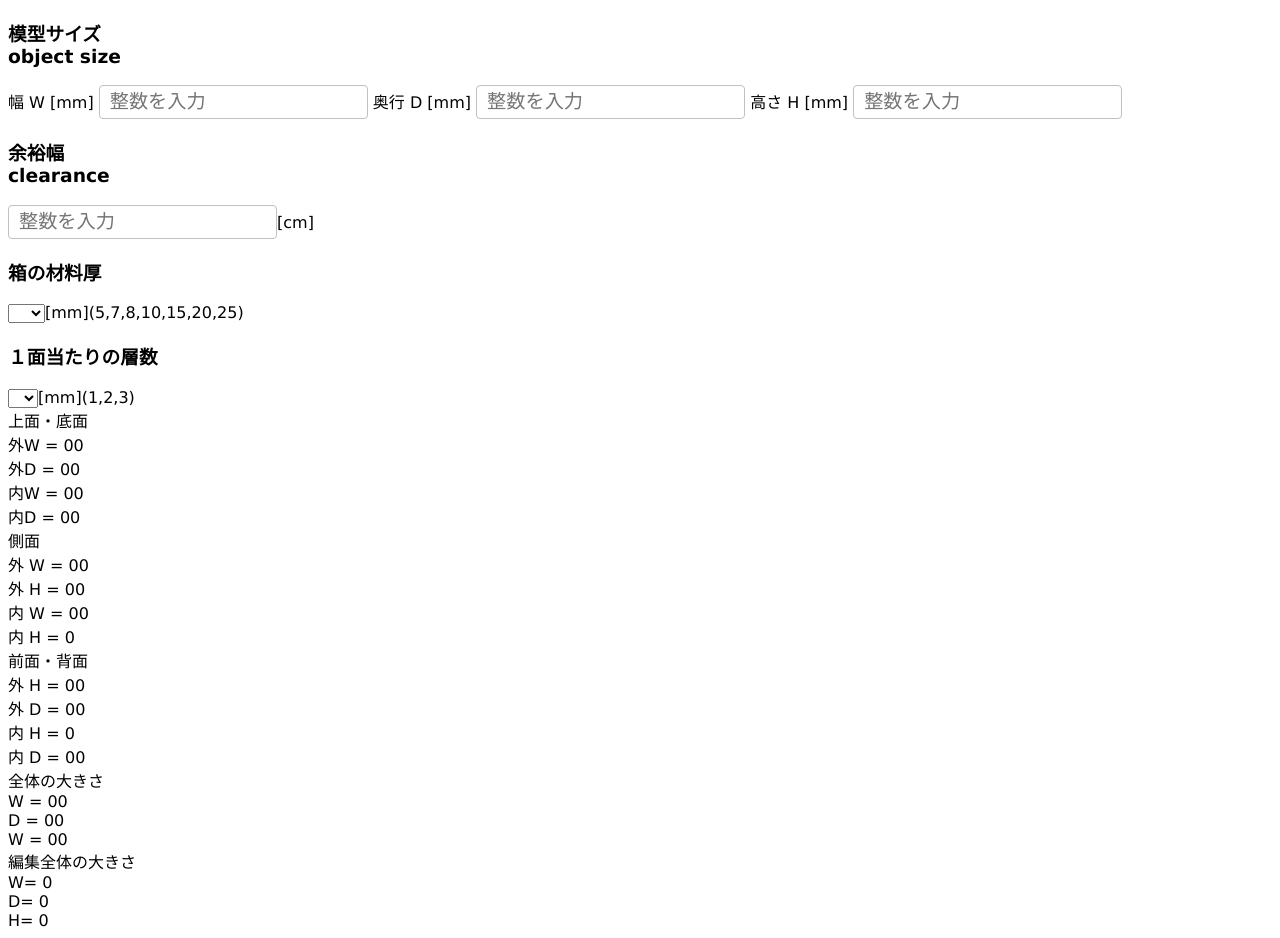
Repository: kiyo6318/project00
Page: index.html
An editor plug-in stored every save of this project. The page is shown before and after the next save, followed by the edit.
The browser window is 1280 px wide. The pictures show the whole page.

Above is the page before, as saved 2020-08-23 20:07:46.

### index.html
<!DOCTYPE html>
<html lang="ja">
  <head>
    <meta charset="UTF-8" />
    <meta name="viewport" content="width=device-width, initial-scale=1.0" />
    <title>project00</title>
    <script src="https://cdn.jsdelivr.net/npm/vue/dist/vue.js"></script>
    <script src="https://cdn.jsdelivr.net/npm/vee-validate@latest/dist/vee-validate.js"></script>
    <script src="https://unpkg.com/vee-validate@latest"></script>
    <link rel="stylesheet" href="css/style.css" />
  </head>
  <body>
    <div id="app">
      <form>
        <h3>模型サイズ<br />object size</h3>
        <span>幅 W [mm]</span>
        <input
          v-model.number="width"
          type="number"
          placeholder="整数を入力"
          min="0"
        />
        <span>奥行 D [mm]</span>
        <input
          v-model.number="depth"
          type="number"
          placeholder="整数を入力"
          min="0"
        />
        <span>高さ H [mm]</span>
        <input
          v-model.number="height"
          type="number"
          placeholder="整数を入力"
          min="0"
        />
        <h3>余裕幅<br />clearance</h3>
        <input
          v-model.number="clearance"
          type="number"
          placeholder="整数を入力"
          step="0.5"
          min="0"
        />[cm]
        <h3>箱の材料厚</h3>
        <select v-model.number="materialThickness">
          <option value="5">5</option>
          <option value="7">7</option>
          <option value="8">8</option>
          <option value="10">10</option>
          <option value="15">15</option>
          <option value="20">20</option>
          <option value="25">25</option> </select
        >[mm](5,7,8,10,15,20,25)
        <h3>１面当たりの層数</h3>
        <select v-model.number="numberOfLayerBySurface">
          <option value="1">1</option>
          <option value="2">2</option>
          <option value="3">3</option> </select
        >[mm](1,2,3)
        <div>
          上面・底面
          <br />外W = {{ topBottomOutWidth }} <br />外D = {{ topBottomOutDepth
          }} <br />内W = {{ topBottomInWidth }} <br />内D = {{ topBottomInDepth
          }}
        </div>
        <div>
          側面
          <br />外 W = {{ sideOutWidth }} <br />外 H = {{ sideOutHeight }}
          <br />内 W = {{ sideInWidth }} <br />内 H = {{ sideInHeight }}
        </div>
        <div>
          前面・背面
          <br />外 H = {{ frontBackOutHeight }} <br />外 D = {{
          frontBackOutDepth }} <br />内 H = {{ frontBackInHeight }} <br />内 D =
          {{ frontBackInDepth }}
        </div>
        <div>
          全体の大きさ
          <br />W = {{widthOverallSize}} <br />D = {{depthOverallSize}} <br />W
          = {{heightOverallSize}}
        </div>
        <div>
          編集全体の大きさ
          <br />W= {{editedWidthOverallSize}} <br />D=
          {{editedDepthOverallSize}} <br />H= {{editedHeightOverallSize}}
        </div>
        <div></div>
      </form>
    </div>
    <script src="js/index.js"></script>
  </body>
</html>

### css/style.css
body {
    font-family: Verdana, Geneva, "sans-serif";
}

input {
    border: 1px solid silver;
    border-radius: 4px;
    background: white;
    padding: 5px 10px;
    font-size: 1.2em;
}

### js/index.js
new Vue({
  el: "#app",
  data: {
    width: "",
    height: "",
    depth: "",
    clearance: "",
    materialThickness: "",
    numberOfLayerBySurface: "",
  },
  computed: {
    topBottomOutWidth: function () {
      return this.width + this.clearance * 2 * 10 + this.materialThickness * 4;
    },
    topBottomOutDepth: function () {
      return this.depth + this.clearance * 2 * 10 + this.materialThickness * 4;
    },
    topBottomInWidth: function () {
      return this.width + this.clearance * 2 * 10 + this.materialThickness * 2;
    },
    topBottomInDepth: function () {
      return this.depth + this.clearance * 2 * 10 + this.materialThickness * 2;
    },
    sideOutWidth: function () {
      return this.width + this.clearance * 2 * 10 + this.materialThickness * 4;
    },
    sideOutHeight: function () {
      return this.height + this.clearance * 10 + this.materialThickness * 2;
    },
    sideInWidth: function () {
      return this.width + this.clearance * 2 * 10 + this.materialThickness * 2;
    },
    sideInHeight: function () {
      return this.height + this.clearance * 10;
    },
    frontBackOutHeight: function () {
      return this.height + this.clearance * 10 + this.materialThickness * 2;
    },
    frontBackOutDepth: function () {
      return this.depth + this.clearance * 2 * 10 + this.materialThickness * 2;
    },
    frontBackInHeight: function () {
      return this.height + this.clearance * 10;
    },
    frontBackInDepth: function () {
      return this.depth + this.clearance * 10 + this.materialThickness * 2;
    },
    widthOverallSize: function () {
      return (
        this.width +
        this.clearance * 10 * 2 +
        this.materialThickness * this.numberOfLayerBySurface * 2
      );
    },
    depthOverallSize: function () {
      return (
        this.depth +
        this.clearance * 10 * 2 +
        this.materialThickness * this.numberOfLayerBySurface * 2
      );
    },
    heightOverallSize: function () {
      return (
        this.height +
        this.clearance * 10 +
        this.materialThickness * this.numberOfLayerBySurface * 2
      );
    },
    editedWidthOverallSize: function () {
      return this.edit(this.widthOverallSize);
    },
    editedDepthOverallSize: function () {
      return this.edit(this.depthOverallSize);
    },
    editedHeightOverallSize: function () {
      return this.edit(this.heightOverallSize);
    },
  },
  methods: {
    edit: function (number) {
      numStr = number + "";
      onesPlace = parseFloat(numStr.slice(-1));
      if (onesPlace <= 3) {
        return Math.floor(number / 10) * 10;
      } else if (onesPlace >= 4 && onesPlace <= 6) {
        return numStr.slice(0, -1) + "5";
      } else if (onesPlace >= 7 && onesPlace <= 9) {
        return Math.floor(number / 10) * 10 + 10;
      }
    },
  },
});

After the next save:
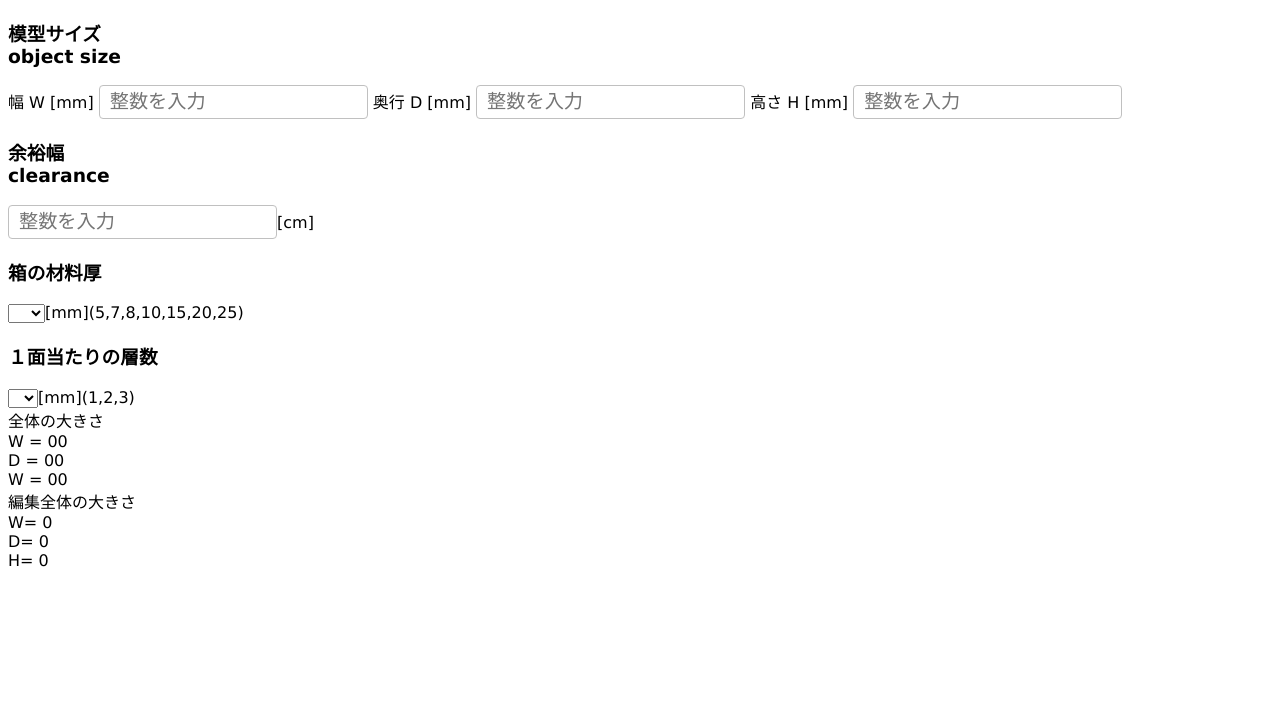
Saved 74 s later.
--- a/index.html
+++ b/index.html
@@ -58,7 +58,7 @@
           <option value="2">2</option>
           <option value="3">3</option> </select
         >[mm](1,2,3)
-        <div>
+        <!-- <div>
           上面・底面
           <br />外W = {{ topBottomOutWidth }} <br />外D = {{ topBottomOutDepth
           }} <br />内W = {{ topBottomInWidth }} <br />内D = {{ topBottomInDepth
@@ -74,7 +74,7 @@
           <br />外 H = {{ frontBackOutHeight }} <br />外 D = {{
           frontBackOutDepth }} <br />内 H = {{ frontBackInHeight }} <br />内 D =
           {{ frontBackInDepth }}
-        </div>
+        </div> -->
         <div>
           全体の大きさ
           <br />W = {{widthOverallSize}} <br />D = {{depthOverallSize}} <br />W
